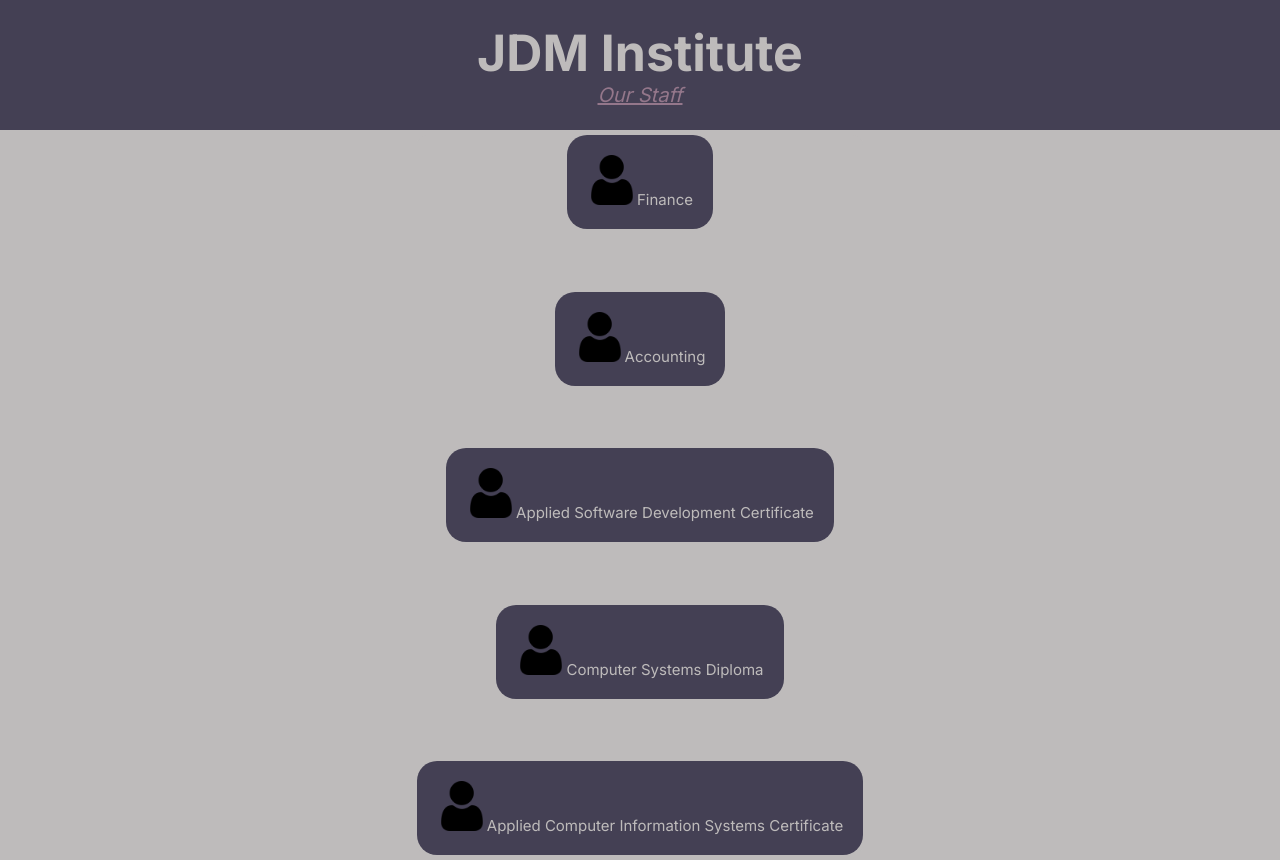
Repository: jennydmcm/class03practice
Page: /
The author's editor kept a copy of each file at every save. The page is drawn from the files as they stood at one save, then again after the next save.
The browser window is 1280 px wide. The pictures show the whole page.
The project was rebuilt for these pictures with package versions that can differ from the ones it lists, and the page was loaded fresh each time. The framework's server and built-in components were replaced by stand-ins that run in the browser. Also part of the build but not shown: next.config.js.

Above is the page before, as saved 2023-01-25 12:35:15.

### pages/index.js
import Head from 'next/head'
import Image from 'next/image'
import { Inter } from '@next/font/google'
import styles from '@/styles/Home.module.css'
import data from '../data/education.json'
import { useState } from 'react'
import Card from '@/components/Card/index'
import Link from 'next/link'


const inter = Inter({ subsets: ['latin'] })

export default function Home() {
  const [information, setInformation] = useState([...data])

  return (
    <>
      <Head>
        <title>JDM Institute</title>
        <meta name="description" content="Generated by create next app" />
        <meta name="viewport" content="width=device-width, initial-scale=1" />
        <link rel="icon" href="/favicon.ico" />
      </Head>
      <main className={styles.main}>
        <div className={styles.navbar}>
          <div className={styles.navtitle}>JDM Institute</div>
          <div className={styles.navbutton}>
            <Link className={styles.link} href="about">Our Staff</Link>
          </div>
        </div>

      <div className={styles.cards}>
        {
          information && information.map((info, index) => {
            if(info.department.toLowerCase() === "business"){
              return (
                <Card
                  key={index}
                  degree={info.degree}
                  gpa={info.gpa}
                  colourCard="#FAC9B8"
                  colourInfo="#3FAC9B8"
                  font="50px"
                  fontColour="#132A13"

                />
              )
            }
          })
        }

        {
          information && information.map((info, index) => {
            if(info.department.toLowerCase() === "computing"){
              return (
                <Card
                  key={index}
                  degree={info.degree}
                  gpa={info.gpa}
                  colourCard="#FAC9B8"
                  colourInfo="#FAC9B8"
                  font="50px"
                  fontColour="#132A13"

                />
              )
            }
          })
        }
        </div>
      </main>
    </>
  )
      }

### styles/Home.module.css
.main {
  display: flex;
  flex-direction: column;
  justify-content: space-between;
  align-items: center;
  background-color: #BEBBBB;
}



.navbar{
  display: flex;
  flex-direction: column;
  width: 100%;
  height: 130px;
  background-color: #444054;
  justify-content: center;
  align-items: center;

}

.navtitle{
  font-size: 50px;
  font-weight: bold;
  font-family: 'Inter';
  color: #BEBBBB;
}
.link{
  font-size: 20px;
  font-family: 'Inter';
  color: #94778B;
  font-style: italic;
  text-decoration: underline;
}
.cards{
  display: flex;
  flex-direction: column;
  align-items: center;
  margin: 5px;
  gap: 20px;
  min-height: 100vh;
  background-color: #BEBBBB;
  justify-content: space-between;
  font-family: 'Inter';
  border-radius: 10px;
  color: #BEBBBB;
}


.description {
  display: inherit;
  justify-content: inherit;
  align-items: inherit;
  font-size: 1rem;
  max-width: var(--max-width);
  width: 100%;
  z-index: 2;
  font-family: var(--font-mono);
}

.description a {
  display: flex;
  justify-content: center;
  align-items: center;
  gap: 1rem;
}

.description p {
  position: relative;
  margin: 0;
  padding: 1rem;
  background-color: rgba(var(--callout-rgb), 0.5);
  border: 1px solid rgba(var(--callout-border-rgb), 0.3);
  border-radius: var(--border-radius);
}

.code {
  font-weight: 700;
  font-family: var(--font-mono);
}

.grid {
  display: grid;
  grid-template-columns: repeat(4, minmax(25%, auto));
  width: var(--max-width);
  max-width: 100%;
}

.card {
  padding: 1rem 1.2rem;
  border-radius: var(--border-radius);
  background: rgba(var(--card-rgb), 0);
  border: 1px solid rgba(var(--card-border-rgb), 0);
  transition: background 200ms, border 200ms;
}

.card span {
  display: inline-block;
  transition: transform 200ms;
}

.card h2 {
  font-weight: 600;
  margin-bottom: 0.7rem;
}

.card p {
  margin: 0;
  opacity: 0.6;
  font-size: 0.9rem;
  line-height: 1.5;
  max-width: 30ch;
}

.center {
  display: flex;
  justify-content: center;
  align-items: center;
  position: relative;
  padding: 4rem 0;
}

.center::before {
  background: var(--secondary-glow);
  border-radius: 50%;
  width: 480px;
  height: 360px;
  margin-left: -400px;
}

.center::after {
  background: var(--primary-glow);
  width: 240px;
  height: 180px;
  z-index: -1;
}

.center::before,
.center::after {
  content: '';
  left: 50%;
  position: absolute;
  filter: blur(45px);
  transform: translateZ(0);
}

.logo,
.thirteen {
  position: relative;
}

.thirteen {
  display: flex;
  justify-content: center;
  align-items: center;
  width: 75px;
  height: 75px;
  padding: 25px 10px;
  margin-left: 16px;
  transform: translateZ(0);
  border-radius: var(--border-radius);
  overflow: hidden;
  box-shadow: 0px 2px 8px -1px #0000001a;
}

.thirteen::before,
.thirteen::after {
  content: '';
  position: absolute;
  z-index: -1;
}

/* Conic Gradient Animation */
.thirteen::before {
  animation: 6s rotate linear infinite;
  width: 200%;
  height: 200%;
  background: var(--tile-border);
}

/* Inner Square */
.thirteen::after {
  inset: 0;
  padding: 1px;
  border-radius: var(--border-radius);
  background: linear-gradient(
    to bottom right,
    rgba(var(--tile-start-rgb), 1),
    rgba(var(--tile-end-rgb), 1)
  );
  background-clip: content-box;
}

/* Enable hover only on non-touch devices */
@media (hover: hover) and (pointer: fine) {
  .card:hover {
    background: rgba(var(--card-rgb), 0.1);
    border: 1px solid rgba(var(--card-border-rgb), 0.15);
  }

  .card:hover span {
    transform: translateX(4px);
  }
}

@media (prefers-reduced-motion) {
  .thirteen::before {
    animation: none;
  }

  .card:hover span {
    transform: none;
  }
}

/* Mobile */
@media (max-width: 700px) {
  .content {
    padding: 4rem;
  }

  .grid {
    grid-template-columns: 1fr;
    margin-bottom: 120px;
    max-width: 320px;
    text-align: center;
  }

  .card {
    padding: 1rem 2.5rem;
  }

  .card h2 {
    margin-bottom: 0.5rem;
  }

  .center {
    padding: 8rem 0 6rem;
  }

  .center::before {
    transform: none;
    height: 300px;
  }

  .description {
    font-size: 0.8rem;
  }

  .description a {
    padding: 1rem;
  }

  .description p,
  .description div {
    display: flex;
    justify-content: center;
    position: fixed;
    width: 100%;
  }

  .description p {
    align-items: center;
    inset: 0 0 auto;
    padding: 2rem 1rem 1.4rem;
    border-radius: 0;
    border: none;
    border-bottom: 1px solid rgba(var(--callout-border-rgb), 0.25);
    background: linear-gradient(
      to bottom,
      rgba(var(--background-start-rgb), 1),
      rgba(var(--callout-rgb), 0.5)
    );
    background-clip: padding-box;
    backdrop-filter: blur(24px);
  }

  .description div {
    align-items: flex-end;
    pointer-events: none;
    inset: auto 0 0;
    padding: 2rem;
    height: 200px;
    background: linear-gradient(
      to bottom,
      transparent 0%,
      rgb(var(--background-end-rgb)) 40%
    );
    z-index: 1;
  }
}

/* Tablet and Smaller Desktop */
@media (min-width: 701px) and (max-width: 1120px) {
  .grid {
    grid-template-columns: repeat(2, 50%);
  }
}

@media (prefers-color-scheme: dark) {
  .vercelLogo {
    filter: invert(1);
  }

  .logo,
  .thirteen img {
    filter: invert(1) drop-shadow(0 0 0.3rem #ffffff70);
  }
}

@keyframes rotate {
  from {
    transform: rotate(360deg);
  }
  to {
    transform: rotate(0deg);
  }
}

### data/education.json
[
        {
            "studentNumber": "A0004567",
            "firstName": "Person 1",
            "gpa": 3.8,
            "department": "Business",
            "degree": "Finance",
            "graduated": 2014
        },
        {
            "studentNumber": "A0001234",
            "firstName": "Person 2",
            "gpa": 3.5,
            "department": "Business",
            "degree": "Accounting",
            "graduated": 2010
        },
        {
            "studentNumber": "A0007890",
            "firstName": "Person 3",
            "gpa": 3.2,
            "department": "Computing",
            "degree": "Applied Software Development Certificate",
            "graduated": 2018
        },
        {
            "studentNumber": "A0007828",
            "firstName": "Person 4",
            "gpa": 3.9,
            "department": "Computing",
            "degree": "Computer Systems Diploma",
            "graduted": 2021
        },
        {
            "studentNumber": "A0003425",
            "firstName": "Person 5",
            "gpa": 3.2,
            "department": "Computing",
            "degree": "Applied Computer Information Systems Certificate",
            "graduated": 2021
        }
]

### components/Card/index.js
export default function Card({
    degree="none",
    colour="#444054",
    font="0",
    image="icon/personTwo.png",

}) {
    return(
        <div style={{
            backgroundColor: colour,
            fontSize:"15px",
            padding:"20px",
            borderRadius:"20px"




            }}>
            {
                colour === "#94778B" ?    <img src={'icon/person.png'} width='50'/> :
                colour === "#94778B" ?   <img src={'icon/personThree.png'} width='50'/> :
                                    <img src={image} width='50'/>
            }
            {degree}
        </div>
    )
}

Loaded but not shown: pages/_app.js (common file); pages/_document.js (common file); styles/globals.css (common file)

After the next save:
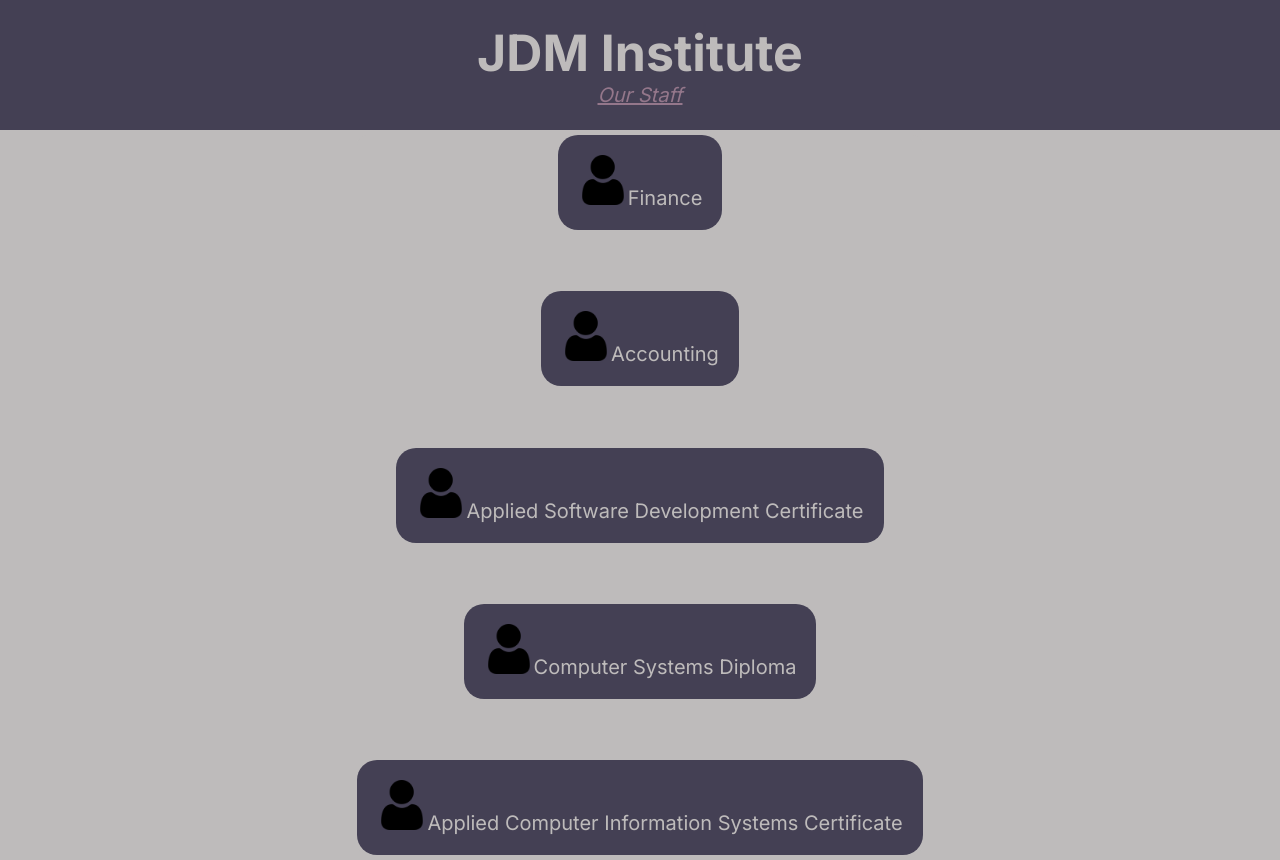
Saved 6 s later.
--- a/components/Card/index.js
+++ b/components/Card/index.js
@@ -8,7 +8,7 @@ export default function Card({
     return(
         <div style={{
             backgroundColor: colour,
-            fontSize:"15px",
+            fontSize:"20px",
             padding:"20px",
             borderRadius:"20px"
 
